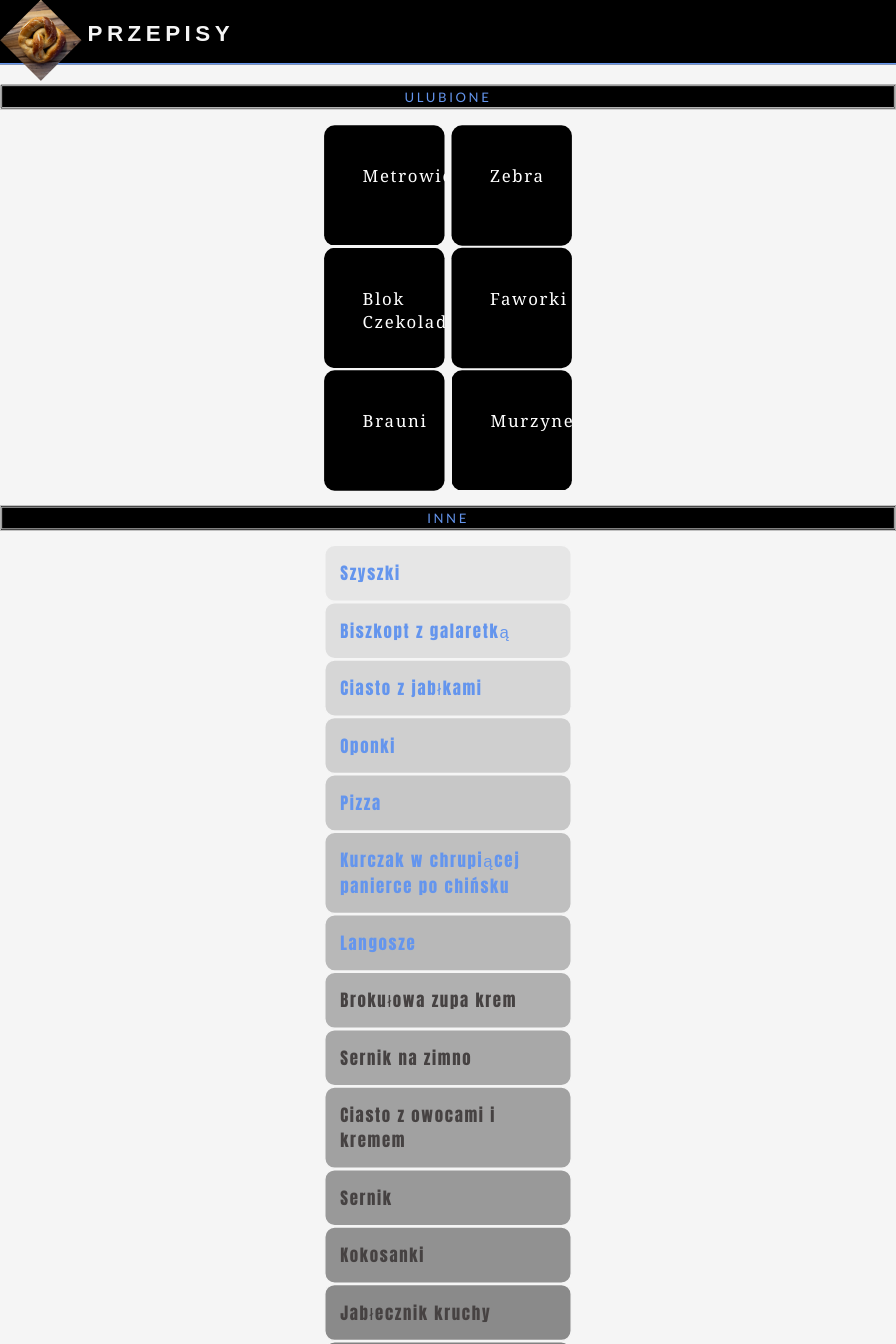
Repository: yaoayh/przepisy
Page: index.html
An editor plug-in stored every save of this project. The page is shown before and after the next save, followed by the edit.
The browser window is 1280 px wide. The pictures show the part of the page from y = 0 to 1920 px (the page is 3159 px tall), at 70% of full size.

Above is the page before, as saved 2020-08-14 00:22:45.

### index.html
<!DOCTYPE html>
<html>
    <head>
        <title>Przepisy</title>

        <meta charset="UTF-8">
        <meta name="viewport" content="width=device-width,
        initial-scale=1.0">
        <meta name="author" content="Dawid Litwin">

        <link rel="shortcut icon" href="images/icon.jpg">

        <link href="css/styles.css" type="text/css"
        rel="stylesheet" />
    </head>

    <body>
        <!--                HEADER                           -->
        <div id="header">
            <div class="picture">
                <a href="#top"><img src="images/precel.jpg" alt="precel"
                title="obrazek przedstawiajacy precel"
                width= "82,8" height= "82,8"></a>
            </div>
        <h1>Przepisy</h1>
        </div>


        <!--                    INFO 1                       -->

        <div class="info_Nr1">
            <h3>Ulubione</h3>
        </div>
        <!--                    SQARES                       -->

        <form class="head_Sqares">
            <!----------------------------------------------------------------------------------------------------------------------------------------------------------------------->
            <a class="m1" href="podstrony/metrowiec.html">
            <div class="sqares_Left">
                <p class="first_Choice">Metrowiec
                </p>
            </div></a>
            <a href="podstrony/Zebra.htm">
            <div class="sqares_Right">
                <p>Zebra</p>
            </div></a>
            <!---->
            <a href="podstrony/blok_Czekoladowy.html"><div class="sqares_Left">
                <p class="bigger">Blok Czekoladowy</p>
            </div></a>
            <a href="podstrony/faworki.html"><div class="sqares_Right">
                <p>Faworki</p>
            </div></a>
            <!---->
            <a href="podstrony/brauni.html"> <div class="sqares_Left">
                <p>Brauni</p>
            </div></a>
            <a href="podstrony/murzynek.html"><div class="sqares_Right">
                <p>Murzynek</p>
            </div></a>
            <!----------------------------------------------------------------------------------------------------------------------------------------------------------------------->
        </form>
        <div class="info_Nr2">
            <h3>Inne</h3>
        </div>
        <!--            CZEŚĆ DRUGA                          -->

        <form class="main2">
            <a href="podstrony/szyszki.html"><div class="n1"><p class="p1">Szyszki</p></div></a>
            <a href="podstrony/biszkopt_z_galaretką.html"><div class="n2"><p class="p1">Biszkopt z galaretką</p></div></a>
            <a href="podstrony/ciasto_z_jablkami.html"><div class="n3"><p class="p1">Ciasto z jabłkami</p></div></a>
            <a href="podstrony/oponki.html"><div class="n4"><p class="p1">Oponki</p></div></a>
            <a href="podstrony/pizza.html"><div class="n5"><p class="p1">Pizza</p></div></a>
            <a href="podstrony/kurczak_po_chinsku.html"><div class="n6"><p class="p1">Kurczak w chrupiącej panierce po chińsku</p></div></a>
            <a href="podstrony/langosze.html"><div class="n7"><p class="p1">Langosze</p></div></a>
            <a href="podstrony/brokulowa_zupa_krem.html"><div class="n8"><p class="p1_Shadow">Brokułowa zupa krem</p></div></a>
            <a href="podstrony/sernik_na_zimno.html"><div class="n9"><p class="p1_Shadow">Sernik na zimno</p></div></a>
            <a href="podstrony/ciasto_z_owocami_i_kremem.html"><div class="n10"><p class="p1_Shadow">Ciasto z owocami i kremem</p></div></a>
            <a href="podstrony/sernik.html"><div class="n11"><p class="p1_Shadow">Sernik</p></div></a>
            <a href="podstrony/kokosanki.html"><div class="n12"><p class="p1_Shadow">Kokosanki</p></div></a>
            <a href="podstrony/jablecznik_kruchy.html"><div class="n13"><p class="p1_Shadow">Jabłecznik kruchy</p></div></a>
            <a href="podstrony/ciasto_kasi.html"><div class="n14"><p class="p1_Shadow">Ciasto Kasi</p></div></a>
            <a href="podstrony/ciasto_ucierane.html"><div class="n15"><p class="p1">Ciasto ucierane z owocami</p></div></a>
            <a href="podstrony/gofry.html"><div class="n16"><p class="p1">Gofry</p></div></a>
            <a href="podstrony/brauni.html"><div class="n17"><p class="p1">Brauni Kasi</p></div></a>
            <a href="podstrony/salatka_francuska.html"><div class="n18"><p class="p1">Sałatka francuska</p></div></a>
            <a href="podstrony/botwina.html"><div class="n19"><p class="p1">Botwina</p></div></a>
            <a href="podstrony/nalewka.html"><div class="n20"><p class="p1">Nalewka</p></div></a>
            <a href="podstrony/salatka_zolta.html"><div class="n21"><p class="p1">Sałatka żółta</p></div></a>
            <a href="podstrony/ogorki_konserwowe.html"><div class="n22"><p class="p1">Ogórki konserwowe</p></div></a>
            <a href="podstrony/zacierki.html"><div class="n23"><p class="p1">Zacierki</p></div></a>
            <div class="n24"><p class="p1">Zupa serowa z pulpetami</p></div>
            <a href="podstrony/sos_beszamelowy_zapiekany.html"><div class="n25"><p class="p1">Sos beszamelowy Zapiekany</p></div></a>
            <a href="podstrony/kurczak_z_antylii.html">
                <div class="n26">
                    <p class="p1">Kurczak z Antylii</p>
                </div>
            </a>
            <br>

        </form>
        <br><br><br>

        <!--            PRAWA AUTORIESKIE                    -->

        <form class="bottom">
            <strong> <q>Precel</q>
                by <a class="a_Bottom" href="https://www.flickr.com/photos/ajay_suresh/">ajay_suresh</a>
        </strong>
        </form>


    </body>
</html>

### css/styles.css

html{overflow: scroll;}
body {
    height: auto;
	margin: 0px;
    background-color: whitesmoke;
}

/*                      Nagłówek                    */
body.body_Undersite{
    padding: 5px;
}
#header {
    top: 0px;
    width: 100%;
    height: 90px;
    position: fixed;
    background-color: black;
    border-bottom: 2px solid cornflowerblue;}

.picture{
    margin: 16px;
    float: left;
    width: 82px;
    transform: rotate(45deg);}

h1 {
    text-transform: uppercase;
    font-family: Arial, Helvetica, sans-serif;
    letter-spacing: 0.2em;
    font-style: normal;
    color: whitesmoke;
    padding: 30px 30px 30px 15px;
    margin-left: 110px;
    margin-top: 0px;}


/*                  CZESC II                    */
form.main2{
    margin: auto;
    height: auto; /*531px;*/
    width: 354px;/*354px;*/
    background-color: whitesmoke;
    padding: 5px;}
.info_Nr1, .info_Nr2{
    background-color: black;
    border: 12px 12px 12px 12px;
    border-color: white;
    border-style: double;
    text-align: center;
    margin-top: 120px;
    margin-bottom: 15px;
}

h3 {
    font-weight: normal;
    color: cornflowerblue;
    font-family: "Gill Sans", Arial, sans-serif;
    text-transform: uppercase;
    text-align: center;
    padding: 4px;
    margin: 0px;
    letter-spacing: 0.2em;}

/*                      BLOKI                   */

form.head_Sqares {
    margin: auto;
    height: 531px; /*531px;*/
    width: 354px;/*354px;*/
    background-color: whitesmoke;
    padding: 5px;}

.sqares_Left, .sqares_Right {
    text-decoration: none;
    border-radius: 15px;
    width: 172px;
    height: 172px;
    background-color: black;
    color: white;
    margin-top: 3px;
    overflow: auto;

}
.sqares_Left{
    float: left;
    }
/* .first_Choice{color: cornflowerblue;} */
.sqares_Right{
    float: right ;
    clear: right;}
p {
    border-radius: 5px;
    text-decoration: none;
    padding: 55px;
    text-align: cnter;
    font-family: Georgia, 'Times New Roman', Times, serif;
    font-size: x-large;
    letter-spacing: 0.10em;
    margin:0px;}
p.p1_Shadow{padding: 21px; color: rgb(70, 66, 66);
    font-family: Impact, Haettenschweiler, 'Arial Narrow Bold', sans-serif;
text-decoration: none;}
p.p1{
    font-family: Impact, Haettenschweiler, 'Arial Narrow Bold', sans-serif;
    text-decoration: none;
    padding: 21px;
    color: cornflowerblue;}
#bigger {
    font-size: 9px;
    padding: 0px 0px;}
.info_Nr2 {margin-top: 10px;}

.n1,.n2,.n3,.n4,.n5,.n6,.n7,.n8,.n9,.n10,.n11,.n12,.n13,.n14,.n15,.n16,.n17,.n18,.n19,.n20,.n21,.n22,.n23,.n24,.n25,.n26,.n27{
    border-radius: 15px;
    border: 2px solid whitesmoke;
    clear: both;}
div.n1 {

    background-color: hsl(0, 0%, 90%);
}
.n2{
    background-color: hsl(0,0%,87%);
}
.n3{
    background-color: hsl(0, 0%, 84%);
}
.n4{
    background-color: hsl(0, 0%, 81%);
}
.n5{
    background-color: hsl(0, 0%, 78%);
}
.n6{
    background-color: hsl(0, 0%, 75%);
}
.n7{
    background-color: hsl(0, 0%, 72%);
}
.n8{
    background-color: hsl(0, 0%, 69%);
}
.n9{
    background-color: hsl(0, 0%, 66%);
}
.n10{
    background-color: hsl(0, 0%, 63%);
}
.n11{
    background-color: hsl(0, 0%, 60%);
}
.n12{
    background-color: hsl(0, 0%, 57%);
}
.n13{
    background-color: hsl(0, 0%, 54%);
}
.n14{
    background-color: hsl(0, 0%, 51%);
}
.n15{
    background-color: hsl(0, 0%, 48%);
}
.n16{
    background-color: hsl(0, 0%, 45%);
}
.n17{
    background-color: hsl(0, 0%, 42%);
}
.n18{
    background-color: hsl(0, 0%, 39%);
}
.n19{
    background-color: hsl(0, 0%, 36%);
}
.n20{
    background-color: hsl(0, 0%, 33%);
}
.n21{
    background-color: hsl(0, 0%, 30%);
}
.n22{
    background-color: hsl(0, 0%, 27%);
}
.n23{
    background-color: hsl(0, 0%, 24%);
}
.n24{
    background-color: hsl(0, 0%, 21%);
}
.n25{
    background-color: hsl(0, 0%, 18%);
}
.n26{
    background-color: hsl(0, 0%, 15%);
}
.n27{background-color: hsl(0, 0%, 12%);}


/*                  PRAWA AUTORSKIE             */
.a_Bottom {
    text-decoration: none;
    color: white;
    text-decoration-line: underline;
}
.bottom {
    padding: 5px;
    text-decoration: none;
    background-color: black;
    color: white;
}
/**************************************************************************************/

#header_Undersite {
    top: 0px;
    width: 100%;
    height: 90px;
    position: fixed;
    background-color: black;
    border-bottom: 2px solid cornflowerblue;}
h1.h1_Undersite {
    letter-spacing: 0.15em;
}

a.m1:visited{
    color: cornflowerblue;
}
a {

    text-decoration: whitesmoke;

}
a:visited{
    color: whitesmoke;
}
a:hover{
    text-decoration: none;
    background-color: aquamarine;
    color: cyan;
}
td{
    font-size: large;
    text-decoration: solid;
    font-family: Arial, Helvetica, sans-serif;
    padding: 5px;
    background-color: cornflowerblue;
    border-radius: 5px;

}
form.form_Undersite{
    margin-top: 120px;
    background-color: rgb(245, 245, 245);
}
.name{
    max-width: 400px;
    border-radius: 35px;
    border: 8px double cornflowerblue;
    background-color: hsl(245,0%,95%);
    padding: 5px 0px 5px 5px;
    margin: 5px;}

h2 {
    text-align: left;
    font-size: x-large;
    text-transform: uppercase;
    font-family: Arial, Helvetica, sans-serif;
    letter-spacing: 0.2em;
    font-style: normal;
    color: whitesmoke;
    padding: 30px;
    border: 1px solid cornflowerblue;
    border-radius: 0px 20px 20px 0px;
    max-width: 120px;
    background-color: cornflowerblue;
    }
table {

    margin-right: 0px;
    padding: 10px 0px 10px 0px;
}
tr{
    empty-cells: hide;
}
td {
    width: 60px;
    background-color: hsl(0,0%,87%);
    border-radius: 10px;
    padding: 10px 5px 10px 10px;
    text-align: right;
    font-weight: bold;
}
td.table2{
    width: auto;
    background-color: cornflowerblue;
    border-radius: 50px;
    font-weight: normal;
    padding: 10px 10px 10px 10px;
    text-align: left;
}
ol{
    padding: 10px 0px 10px 0px;
    margin: 25px;
    border-radius: 20px;
    background-color: hsl(0,0%,87%);
}
li {

    font-family: Arial, Helvetica, sans-serif;
    font-size: large;
    padding: 15px 5px 10px 5px;
}
.ps{
    background-color: hsl(0,0%,87%);
    margin: 5px;
    border: 4px double cadetblue;
    border-radius: 5px;
    padding: 5px;
}

After the next save:
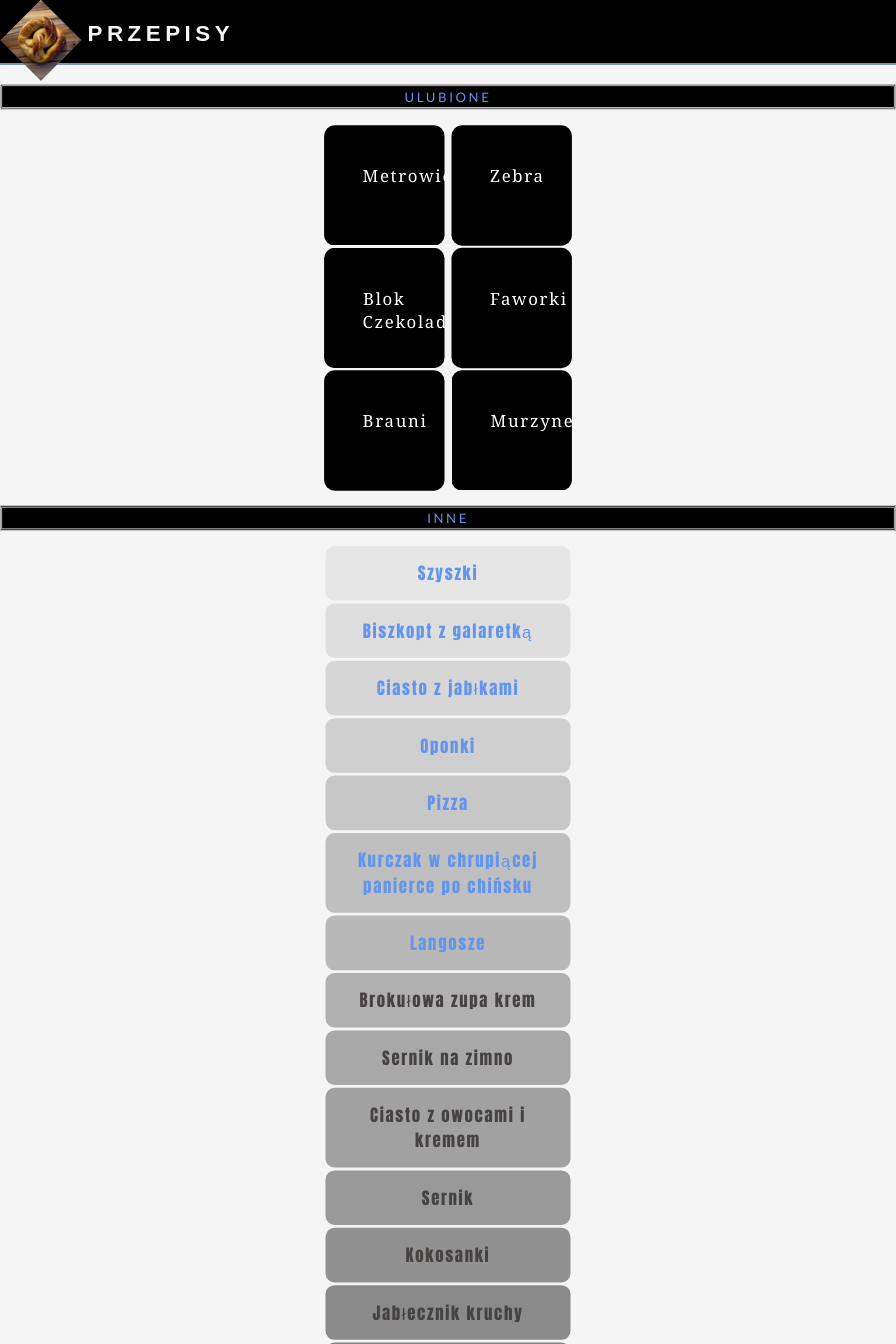
Saved 28 s later.
--- a/css/styles.css
+++ b/css/styles.css
@@ -93,7 +93,7 @@ p {
     border-radius: 5px;
     text-decoration: none;
     padding: 55px;
-    text-align: cnter;
+    text-align: center;
     font-family: Georgia, 'Times New Roman', Times, serif;
     font-size: x-large;
     letter-spacing: 0.10em;
